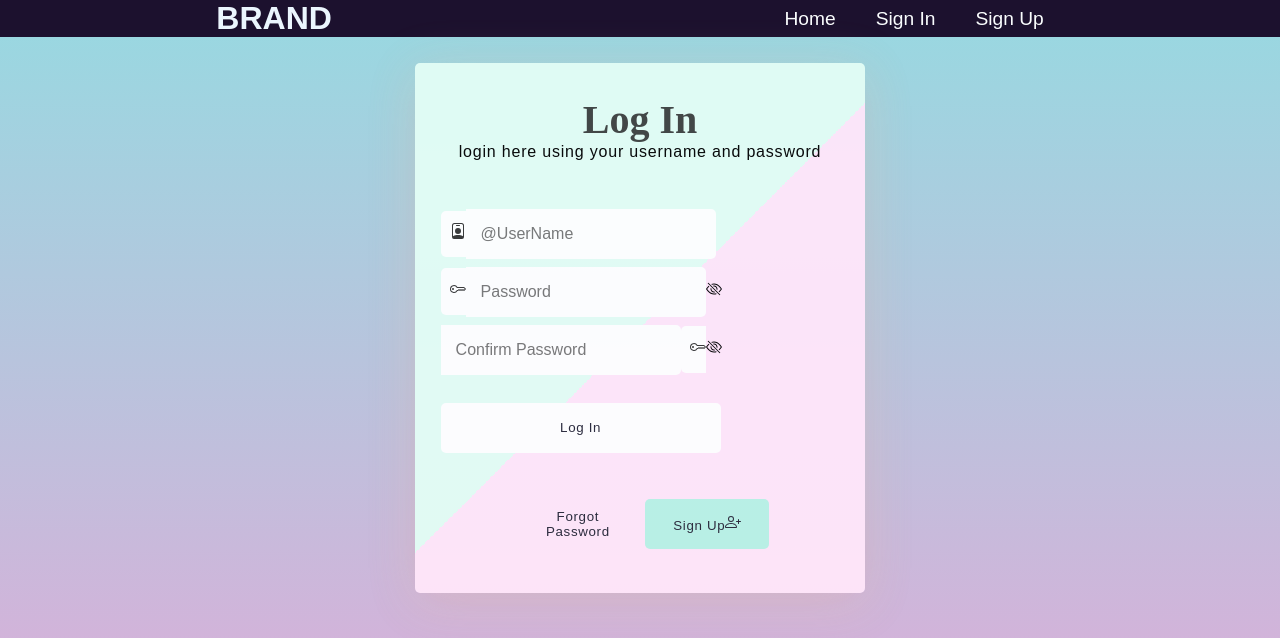
Repository: code-mtaani/ojwang-frontend
Page: /signup
An editor plug-in stored every save of this project. The page is shown before and after the next save, followed by the edit.
The browser window is 1280 px wide. The pictures show the whole page.
The project was rebuilt for these pictures with package versions that can differ from the ones it lists, and the page was loaded fresh each time. Also part of the build but not shown: vite.config.ts, src/Pages/HomePage/Home.pages.tsx, src/Pages/SignIn/SignIn.pages.tsx.

Above is the page before, as saved 2023-02-01 10:37:52.

After the next save:
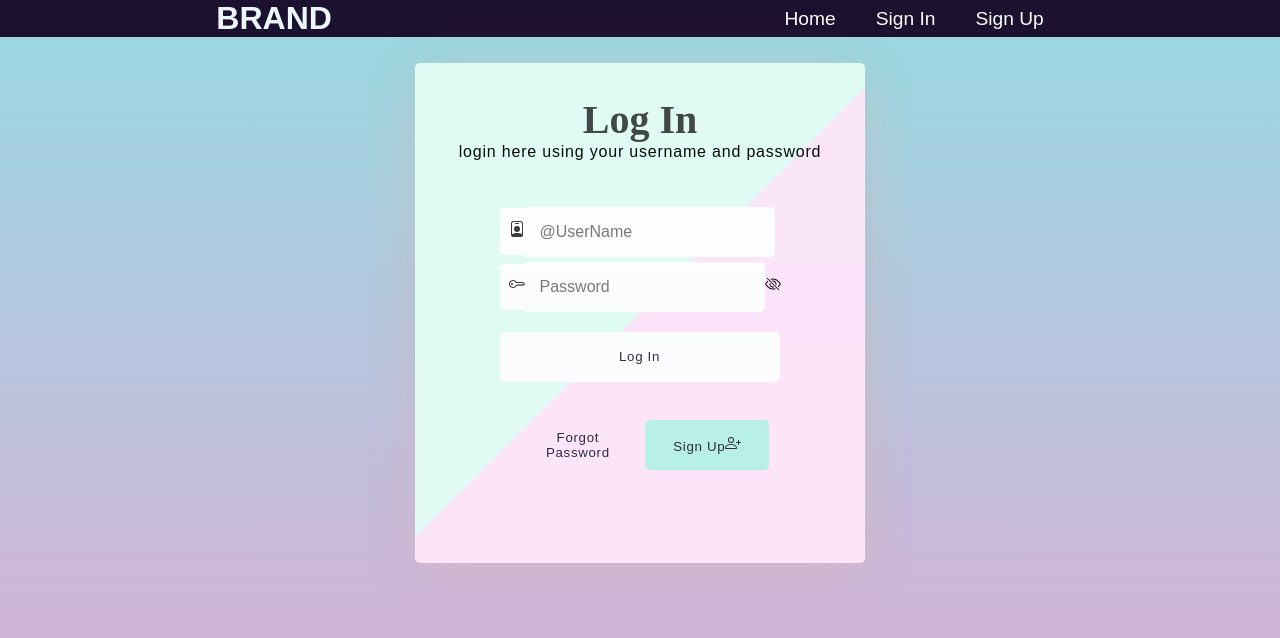
Saved 9 s later.
--- a/src/Pages/SignUp/SignUp.pages.tsx
+++ b/src/Pages/SignUp/SignUp.pages.tsx
@@ -1,5 +1,5 @@
 import React from "react";
-import "./Signup.css";
+import './Signup.css'
 
 const SignUp = () => {
   return (
@@ -81,43 +81,6 @@ const SignUp = () => {
                 <path d="M3.35 5.47c-.18.16-.353.322-.518.487A13.134 13.134 0 0 0 1.172 8l.195.288c.335.48.83 1.12 1.465 1.755C4.121 11.332 5.881 12.5 8 12.5c.716 0 1.39-.133 2.02-.36l.77.772A7.029 7.029 0 0 1 8 13.5C3 13.5 0 8 0 8s.939-1.721 2.641-3.238l.708.709zm10.296 8.884-12-12 .708-.708 12 12-.708.708z" />
               </svg>
             </span>
-            <input
-              className="form-input"
-              type="password"
-              placeholder="Confirm Password"
-              id="pwd"
-              name="password"
-              required
-            />
-
-            {/*  Show/hide password */}
-            <span className="input-item">
-              <svg
-                xmlns="http://www.w3.org/2000/svg"
-                width="16"
-                height="16"
-                fill="currentColor"
-                className="bi bi-key"
-                viewBox="0 0 16 16"
-              >
-                <path d="M0 8a4 4 0 0 1 7.465-2H14a.5.5 0 0 1 .354.146l1.5 1.5a.5.5 0 0 1 0 .708l-1.5 1.5a.5.5 0 0 1-.708 0L13 9.207l-.646.647a.5.5 0 0 1-.708 0L11 9.207l-.646.647a.5.5 0 0 1-.708 0L9 9.207l-.646.647A.5.5 0 0 1 8 10h-.535A4 4 0 0 1 0 8zm4-3a3 3 0 1 0 2.712 4.285A.5.5 0 0 1 7.163 9h.63l.853-.854a.5.5 0 0 1 .708 0l.646.647.646-.647a.5.5 0 0 1 .708 0l.646.647.646-.647a.5.5 0 0 1 .708 0l.646.647.793-.793-1-1h-6.63a.5.5 0 0 1-.451-.285A3 3 0 0 0 4 5z" />
-                <path d="M4 8a1 1 0 1 1-2 0 1 1 0 0 1 2 0z" />
-              </svg>
-            </span>
-            <span>
-              <svg
-                xmlns="http://www.w3.org/2000/svg"
-                width="16"
-                height="16"
-                fill="currentColor"
-                className="bi bi-eye-slash"
-                viewBox="0 0 16 16"
-              >
-                <path d="M13.359 11.238C15.06 9.72 16 8 16 8s-3-5.5-8-5.5a7.028 7.028 0 0 0-2.79.588l.77.771A5.944 5.944 0 0 1 8 3.5c2.12 0 3.879 1.168 5.168 2.457A13.134 13.134 0 0 1 14.828 8c-.058.087-.122.183-.195.288-.335.48-.83 1.12-1.465 1.755-.165.165-.337.328-.517.486l.708.709z" />
-                <path d="M11.297 9.176a3.5 3.5 0 0 0-4.474-4.474l.823.823a2.5 2.5 0 0 1 2.829 2.829l.822.822zm-2.943 1.299.822.822a3.5 3.5 0 0 1-4.474-4.474l.823.823a2.5 2.5 0 0 0 2.829 2.829z" />
-                <path d="M3.35 5.47c-.18.16-.353.322-.518.487A13.134 13.134 0 0 0 1.172 8l.195.288c.335.48.83 1.12 1.465 1.755C4.121 11.332 5.881 12.5 8 12.5c.716 0 1.39-.133 2.02-.36l.77.772A7.029 7.029 0 0 1 8 13.5C3 13.5 0 8 0 8s.939-1.721 2.641-3.238l.708.709zm10.296 8.884-12-12 .708-.708 12 12-.708.708z" />
-              </svg>
-            </span>
 
             <br />
             {/*  buttons */}
